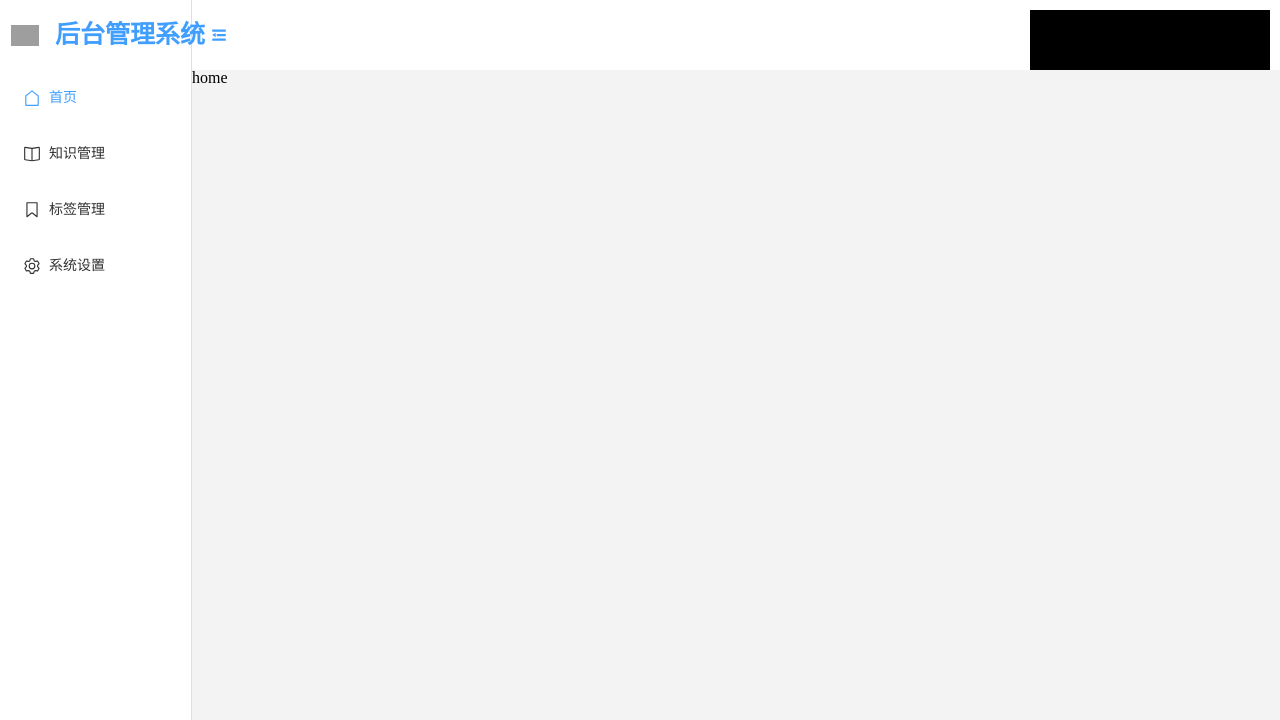
Repository: serrrN/admin
Page: /
The author's editor kept a copy of each file at every save. The page is drawn from the files as they stood at one save, then again after the next save.
The browser window is 1280 px wide. The pictures show the whole page.
Pictures or frames that could not be fetched are drawn as grey boxes. The project was rebuilt for these pictures with package versions that can differ from the ones it lists, and the page was loaded fresh each time. Also part of the build but not shown: vite.config.ts, src/styles/index.scss.

Above is the page before, as saved 2024-06-05 16:57:39.

### src/main.ts
import { createApp } from 'vue'
import App from './App.vue'
import ElementPlus from 'element-plus'
import zhCn from 'element-plus/es/locale/lang/zh-cn'
import * as ElementPlusIconsVue from '@element-plus/icons-vue'
import router from './router'
import 'reset-css'
import './styles/index.scss'
import pinia from '@/store/index'
const app = createApp(App)
for (const [key, component] of Object.entries(ElementPlusIconsVue)) {
  app.component(key, component)
}
app.use(pinia)
app.use(ElementPlus, { locale: zhCn })
app.use(router)
app.mount('#app')

### src/App.vue
<script setup lang="ts"></script>

<template>
  <router-view></router-view>
</template>

<style>
* {
  box-sizing: border-box;
}
#app,
html,
body {
  width: 100%;
  height: 100%;
}
</style>

### src/router/index.ts
import { createRouter, createWebHistory } from 'vue-router'
import routes from './routes'
const router = createRouter({
  history: createWebHistory(),
  routes,
})
export default router

### src/router/routes.ts
const routes = [
  {
    path: '/',
    name: 'home',
    redirect: '/home',
    component: () => import('@/layout/index.vue'),
    children: [
      {
        path: '/home',
        component: () => import('@/views/home/index.vue'),
      },
      {
        path: '/knowledgeManage',
        component: () => import('@/views/knowledgeManage/index.vue'),
      },
      {
        path: '/tagManage',
        component: () => import('@/views/tagManage/index.vue'),
      },
      {
        path: "/systemSetting",
        component:()=>import("@/views/systemSetting/index.vue")
      }
    ],
  },
]

export default routes

### src/styles/variable.scss
//主题色
$theme-color:rgb(64, 158, 255);

// 布局容器左边宽度
$layout-container-left-max-width:15%;

// 布局容器左边塌陷后宽度
$layout-container-left-min-width:3.79%;

// 布局容器头部高度
$layout-container-header-height:70px;

### src/layout/index.vue
<template>
  <div class="layout-container">
    <div :class="systemStore.isCollapse?'left left-collapse':'left'" >
      <Menu />
    </div>
    <div :class="systemStore.isCollapse?'right right-collapse':'right'">
      <div class="header"><Header /></div>
      <div class="main"><Main/></div>
    </div>
  </div>
</template>

<script lang="ts" setup>
import Menu from './menu/index.vue'
import Header from './header/index.vue'
import Main from './main/index.vue'

import {useSystemStore} from "@/store/modules/system"
const systemStore = useSystemStore()
</script>

<style scoped lang="scss">
.layout-container {
  width: 100%;
  height: 100%;
  display: flex;
  background-color: #f3f3f3;
  .left {
    height: 100%;
    width: $layout-container-left-max-width;
    transition: all linear 0.5s;
  }
  .left-collapse{
    width:$layout-container-left-min-width;
  }
  .right {
    width: calc(100% - $layout-container-left-max-width);
    transition: all linear 0.5s;
    .header {
      width: 100%;
      height: $layout-container-header-height;
      display: flex;
      justify-content:flex-end;
      background-color: white;
    }
    .main {
      height: calc(100% - $layout-container-header-height);
      width: calc(100%);
    }
  }
  .right-collapse{
    width:calc(100% - $layout-container-left-min-width);
  }

}
</style>

### src/views/home/index.vue
<template>
home
</template>
<script setup lang="ts">

</script>
<style lang="scss" scoped>

</style>

### src/layout/menu/index.vue
<template>
  <el-menu
    default-active="home"
    :class="systemStore.isCollapse?'el-menu-vertical-collapse':'el-menu-vertical'"
    :collapse="systemStore.isCollapse"
    :router="true"
    collapse-transition
    @open="handleOpen"
    @close="handleClose"
  >
    <div class="header">
      <div class="manage-msg" v-show="!systemStore.isCollapse">
        <div class="logo-wrapped">
          <img src="/vite.svg" class="logo" alt="Vite logo" />
        </div>
        <div class="name">后台管理系统</div>
      </div>
      <div class="fold-icon-wrapped" @click="handleCollapse">
        <el-icon size="18" color="rgb(64, 158, 255)">
          <component :is="systemStore.isCollapse?'Expand':'Fold'"></component>
        </el-icon>
      </div>
    </div>

    <el-menu-item index="home">
      <el-icon><House /></el-icon>
      <template #title>首页</template>
    </el-menu-item>
    <el-menu-item index="knowledgeManage">
      <el-icon><reading /></el-icon>
      <template #title>知识管理</template>
    </el-menu-item>
    <el-menu-item index="tagManage">
      <el-icon><CollectionTag /></el-icon>
      <template #title>标签管理</template>
    </el-menu-item>
    <el-menu-item index="systemSetting">
      <el-icon><setting /></el-icon>
      <template #title>系统设置</template>
    </el-menu-item>
  </el-menu>
</template>

<script lang="ts" setup>
import {useSystemStore} from "@/store/modules/system"
const systemStore = useSystemStore()

const handleOpen = (key: string, keyPath: string[]) => {
  console.log(key, keyPath)
}
const handleClose = (key: string, keyPath: string[]) => {
  console.log(key, keyPath)
}
const handleCollapse = () => {
  systemStore.isCollapse = !systemStore.isCollapse

}
</script>

<style lang="scss" scoped>
.el-menu {
  height: 100%;
  // 管理系统菜单头部(展示名字和logo)
  .header {
    display: flex;
    height: 70px;
    line-height: 70px;
    justify-content: space-between;
    transition: all 1s;
    //管理系统信息
    .manage-msg {
      display: flex;
      // logo容器
      .logo-wrapped {
        line-height: 50px;
        height: 100%;
        display: flex;
        align-items: center;
        justify-content: center;
        width: 50px;
        .logo {
          width: 28px;
        }
      }
      // 管理系统名称
      .name {
        text-align: center;
        font-size: 25px;
        width: 160px;
        color: $theme-color;
        font-weight: 600;
      }
    }

    // 折叠图标容器
    .fold-icon-wrapped {
      width: 100%;
      display: flex;
      align-items: center;
      justify-content: center;
    }
  }

  //菜单名称
  .el-menu-item span {
    color: rgb(48, 49, 51);
    font-weight: 400;
    font-size: 17px;
    line-height: 56px;
    font-family: 'Helvetica Neue', Helvetica, 'PingFang SC', 'Hiragino';
  }
}
// 菜单不处于塌陷状态
.el-menu-vertical:not(.el-menu--collapse) {
  width: 100%;
  min-height: 100%;
  min-width: 20%;
}


</style>

### src/layout/header/index.vue
<template>
  <Menu/>
</template>
<script setup lang="ts">
// import Tabs from './tabs/index.vue'
import Menu from './menu/index.vue'
</script>
<style lang="scss" scoped></style>

### src/layout/main/index.vue
<template>
  <router-view></router-view>
</template>
<script setup lang="ts"></script>
<style lang="scss" scoped></style>

### src/store/modules/system.ts
import { defineStore } from 'pinia'
import { ref } from 'vue'
export const useSystemStore = defineStore('system', () => {
  const isCollapse = ref(false)

  return { isCollapse }
})

### src/layout/header/menu/index.vue
<template>
  <div class="header-menu"></div>
</template>
<script setup lang="ts"></script>
<style lang="scss" scoped>
.header-menu {
  width: calc(240px);
  height: calc(60px);
  background-color: black;
  display: flex;
  justify-content: center;
  align-items: center;
  cursor: pointer;
  position: relative;
  transition: all linear 0.3s;
  margin-right: 10px;
  margin-top: 10px;
  &::before {
    content: '';
    width: calc(240px + 10px);
    height: calc(60px + 10px);
    background-image: linear-gradient(
      90deg,
      #00c0ff 0%,
      #ffcf00 49%,
      #fc4f4f 80%,
      #00c0ff 100%
    );
    display: flex;
    align-items: center;
    justify-content: center;
    visibility: hidden;
  }
}
.header-menu:hover {
  &::before{
    visibility: visible;
  }
}
</style>

Loaded but not shown: index.html (common file); src/store/index.ts (common file)

After the next save:
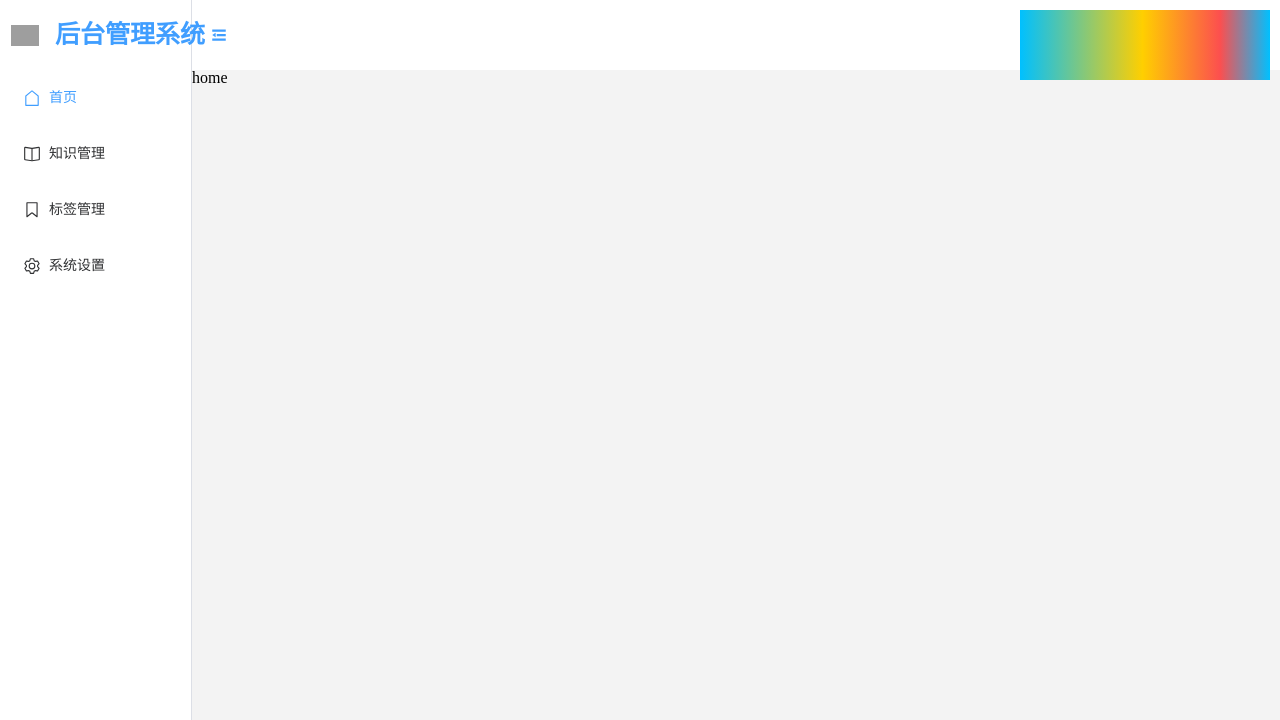
Saved 30 s later.
--- a/src/layout/header/menu/index.vue
+++ b/src/layout/header/menu/index.vue
@@ -4,9 +4,15 @@
 <script setup lang="ts"></script>
 <style lang="scss" scoped>
 .header-menu {
-  width: calc(240px);
-  height: calc(60px);
-  background-color: black;
+  width: calc(240px + 10px);
+  height: calc(60px + 10px);
+  background-image: linear-gradient(
+    90deg,
+    #00c0ff 0%,
+    #ffcf00 49%,
+    #fc4f4f 80%,
+    #00c0ff 100%
+  );
   display: flex;
   justify-content: center;
   align-items: center;
@@ -17,15 +23,9 @@
   margin-top: 10px;
   &::before {
     content: '';
-    width: calc(240px + 10px);
-    height: calc(60px + 10px);
-    background-image: linear-gradient(
-      90deg,
-      #00c0ff 0%,
-      #ffcf00 49%,
-      #fc4f4f 80%,
-      #00c0ff 100%
-    );
+    width: calc(240px);
+    height: calc(60px);
+    background-color: black;
     display: flex;
     align-items: center;
     justify-content: center;
@@ -33,7 +33,7 @@
   }
 }
 .header-menu:hover {
-  &::before{
+  &::before {
     visibility: visible;
   }
 }

After the save that followed:
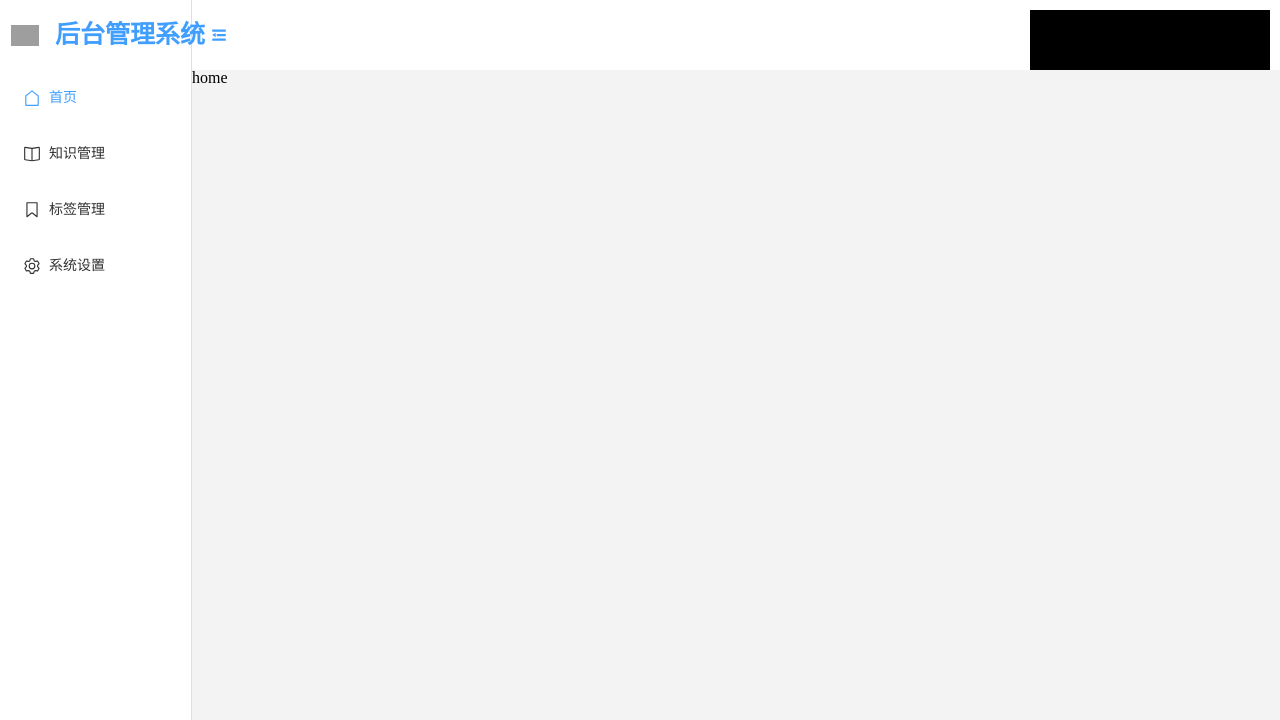
Saved 19 s later.
--- a/src/layout/header/menu/index.vue
+++ b/src/layout/header/menu/index.vue
@@ -4,15 +4,9 @@
 <script setup lang="ts"></script>
 <style lang="scss" scoped>
 .header-menu {
-  width: calc(240px + 10px);
-  height: calc(60px + 10px);
-  background-image: linear-gradient(
-    90deg,
-    #00c0ff 0%,
-    #ffcf00 49%,
-    #fc4f4f 80%,
-    #00c0ff 100%
-  );
+  width: calc(240px);
+  height: calc(60px);
+  background-color: black;
   display: flex;
   justify-content: center;
   align-items: center;
@@ -23,9 +17,15 @@
   margin-top: 10px;
   &::before {
     content: '';
-    width: calc(240px);
-    height: calc(60px);
-    background-color: black;
+    width: calc(240px + 10px);
+    height: calc(60px + 10px);
+    background-image: linear-gradient(
+      90deg,
+      #00c0ff 0%,
+      #ffcf00 49%,
+      #fc4f4f 80%,
+      #00c0ff 100%
+    );
     display: flex;
     align-items: center;
     justify-content: center;
@@ -33,7 +33,7 @@
   }
 }
 .header-menu:hover {
-  &::before {
+  &::before{
     visibility: visible;
   }
 }
